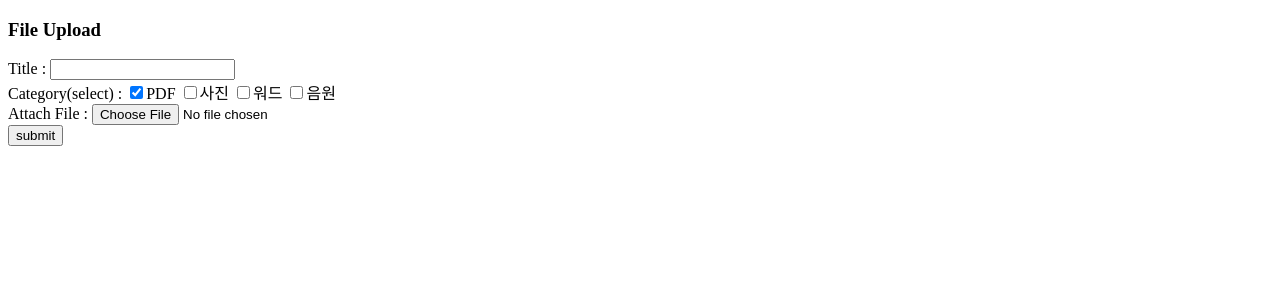
Repository: Jadedvst/Java_JSP-Servlet
Page: http://localhost/MustHaveJSP/13FileUpload/MultiUploadMain.jsp
An editor plug-in stored every save of this project. The page is shown before and after the next save, followed by the edit.
The browser window is 1280 px wide. The pictures show the whole page.
The page is served by Tomcat 10.

Above is the page before, as saved 2023-12-20 08:29:47.

After the next save:
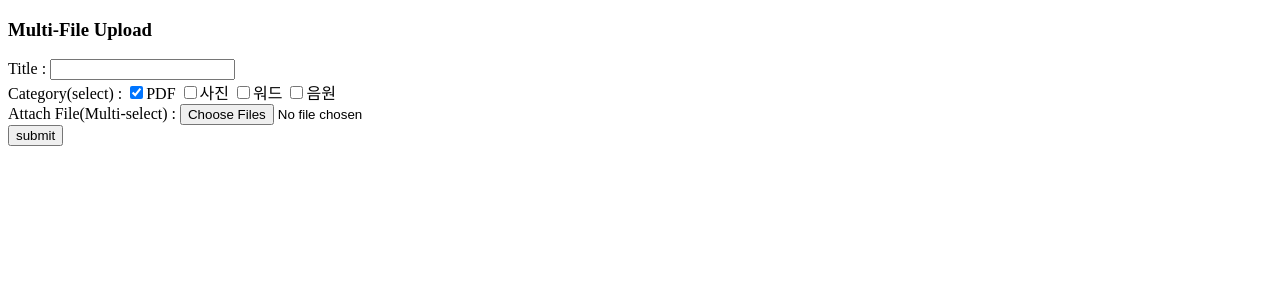
Saved 54 s later.
--- a/MustHaveJSP/src/main/webapp/13FileUpload/MultiUploadMain.jsp
+++ b/MustHaveJSP/src/main/webapp/13FileUpload/MultiUploadMain.jsp
@@ -13,11 +13,6 @@ function validateForm(form){
 		form.title.focus();
 		return false
 	}
-	/* if(form.cate.value==""){
-		alert("카테고리를 입력하세요.");
-		form.title.focus();
-		return false
-	} */
 	if(form.ofile.value==""){
 		alert("첨부 파일은 필수 입력입니다.");
 		return false
@@ -25,17 +20,17 @@ function validateForm(form){
 }
 </script>
 <body>
-	<h3>File Upload</h3>
+	<h3>Multi-File Upload</h3>
 	<span style="color:red;">${ errorMessage }</span>
 	<form name="fileForm" method="post" enctype="multipart/form-data"
-		action="UploadProcess.do" onsubmit="return validateForm(this);">
+		action="MultiProcess.do" onsubmit="return validateForm(this);">
 		Title : <input type="text" name ="title" /><br/>
 		Category(select) :
 			<input type="checkbox" name ="cate" value="PDF" checked/>PDF
 			<input type="checkbox" name ="cate" value="사진" />사진
 			<input type="checkbox" name ="cate" value="워드" />워드
 			<input type="checkbox" name ="cate" value="음원" />음원<br/>
-		Attach File : <input type="file" name ="ofile"/><br/>
+		Attach File(Multi-select) : <input type="file" name ="ofile" multiple/><br/>
 		<input type="submit" value ="submit"/><br/>
 	</form>
 </body>
